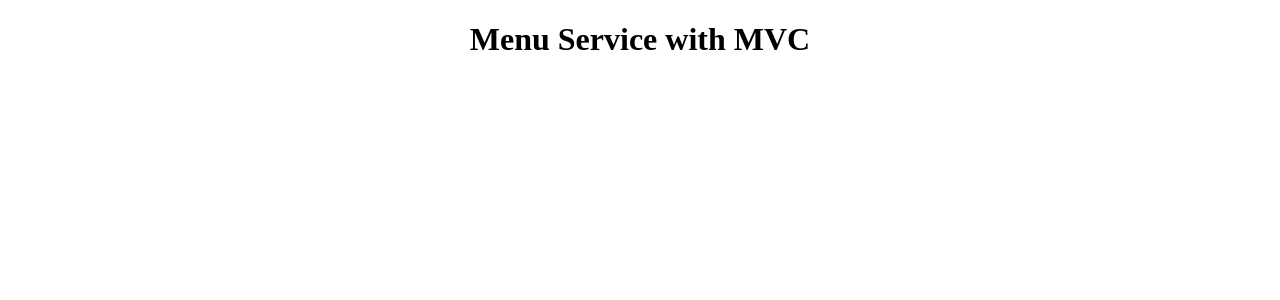
Repository: DaeyeonKim97/Menu-MVC
Page: http://localhost/menu-mvc-mybatis/
An editor plug-in stored every save of this project. The page is shown before and after the next save, followed by the edit.
The browser window is 1280 px wide. The pictures show the whole page.
The page is served by Tomcat 9. Nobody is signed in. The application's start-up code is not run. Other server files are loaded and not shown.

Above is the page before, as saved 2022-08-13 06:30:58.

### menu-mvc-mybatis/src/main/webapp/index.jsp
<%@ page language="java" contentType="text/html; charset=UTF-8"
    pageEncoding="UTF-8"%>
<!DOCTYPE html>
<html>
<head>
<meta charset="UTF-8">
<title>Menu MVC</title>
</head>
<body>
	<jsp:include page="./WEB-INF/views/common/header.jsp"/>
</body>
</html>

### menu-mvc-mybatis/src/main/webapp/WEB-INF/views/common/header.jsp
<%@ page language="java" contentType="text/html; charset=UTF-8"
    pageEncoding="UTF-8"%>
<!DOCTYPE html>
<html>
<head>
<meta charset="UTF-8">
<title>Insert title here</title>
</head>
<body>
	<h1 align="center">Menu Service with MVC</h1>
</body>
</html>

After the next save:
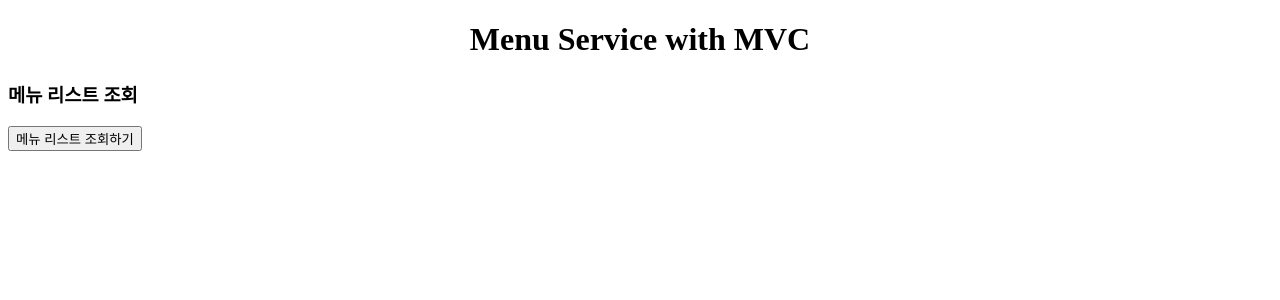
Saved 74 s later.
--- a/menu-mvc-mybatis/src/main/webapp/index.jsp
+++ b/menu-mvc-mybatis/src/main/webapp/index.jsp
@@ -8,5 +8,9 @@
 </head>
 <body>
 	<jsp:include page="./WEB-INF/views/common/header.jsp"/>
+	<h3>메뉴 리스트 조회</h3>
+	<button onclick="location.href${pageContext.servletContext.contextPath}/list">
+		메뉴 리스트 조회하기
+	</button>
 </body>
 </html>
